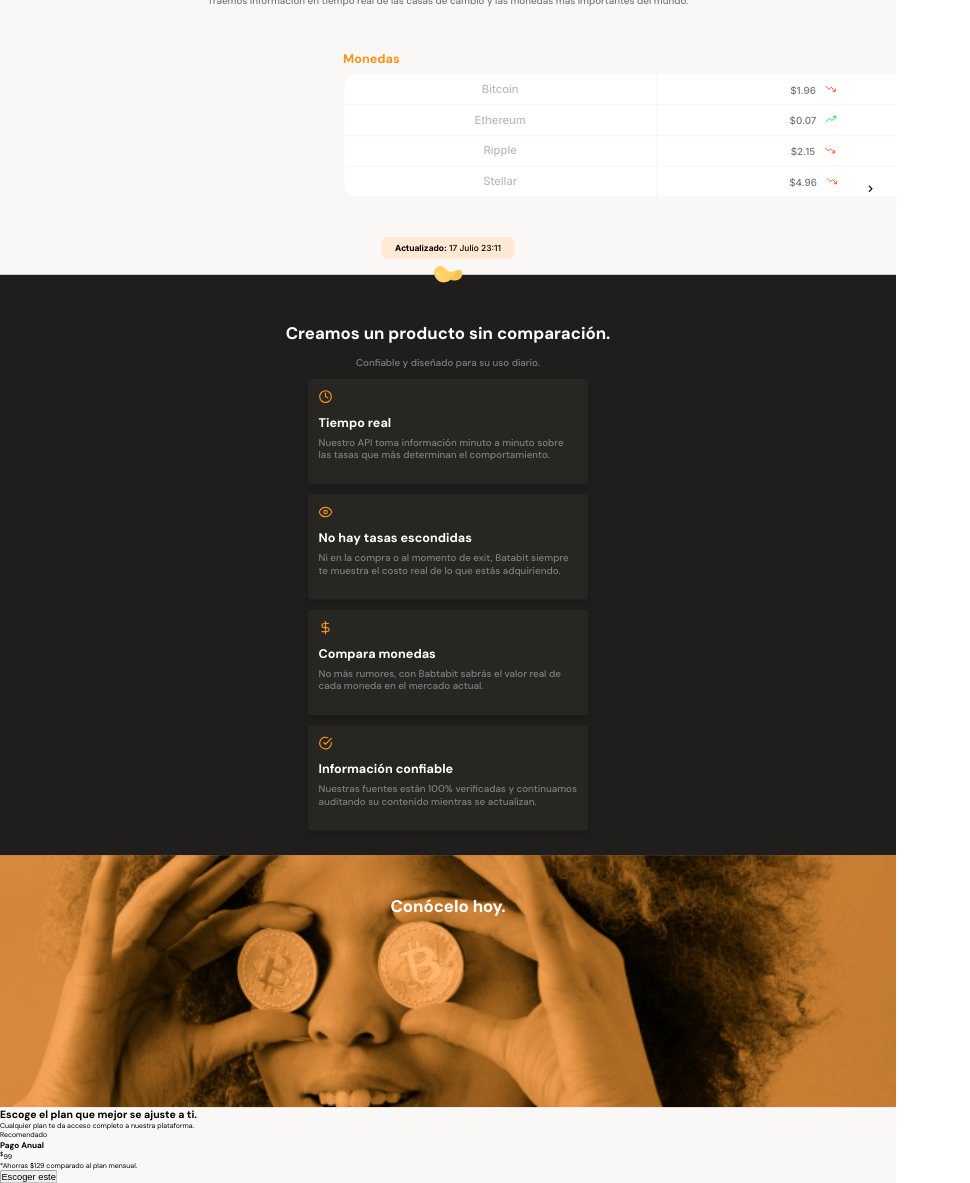
Repository: Pandrea-hub/Batatabit
Page: index.html
An editor plug-in stored every save of this project. The page is shown before and after the next save, followed by the edit.
The browser window is 1280 px wide. The page is 1386 px wide, so the pictures cover 1386 px, including what lies to the right of the window. The pictures show the part of the page from y = 742 to 2502 px (the page is 2432 px tall before and 2502 px after), at 70% of full size.

Above is the page before, as saved 2022-04-19 12:19:26.

### index.html
<!DOCTYPE html>
<html lang="en">
<head>
    <meta charset="UTF-8">
    <meta http-equiv="X-UA-Compatible" content="IE=edge">
    <meta name="viewport" content="width=device-width, initial-scale=1.0">
    <title>Document</title>
    <link rel="preconnect" href="https://fonts.googleapis.com">
    <link rel="preconnect" href="https://fonts.gstatic.com" crossorigin>
    <link href="https://fonts.googleapis.com/css2?family=DM+Sans:wght@400;500;700&family=Inter:wght@300;500;700&display=swap" rel="stylesheet">
    <link rel="stylesheet" href="./style.css">
</head>
<body>


    <header>

        <img src="./assets/img/logo.svg" alt="Logo del header donde estara una patata y el nombre que es Batatabit"/>
        <div class="header--title-container">
            <h1>La próxima revolución en el intercambio de criptomonedas.</h1>
            <p>Batatabit te ayuda a navegar entre los diferentes precios y tendencias.</p>
            <a href="#plans" class="header--button">Conoce Nuestros Planes<span></span></a>
        </div>
    </header>


    <main>
        <section class="main-exchange--container">
            <div class="backgroungImg"></div>
            <div class="main-exchange--container--title">
                <h2>Visibilizamos todas las tasas de cambio.</h2>
                <p>Traemos información en tiempo real de las casas de cambio y las monedas más importantes del mundo.</p>
            </div>

            <section class="main-tables-container">
                <div class="main-currency-table">
                    <div class="currency-table">

                        <div class="container-arrow--left" id="arrow-left"></div>

                        <div class="currency-table--container" id="table-1">
                            <p class="currency-table--title" id="title-1">Monedas</p>
                            <table>
                                <tr>
                                    <tr>
                                        <td class="table__top--left">Bitcoin</td>
                                        <td class="table__top--right table__right">$1.96 <span class="down"></span></td>
                                    </tr>
                                    <tr>
                                        <td>Ethereum</td>
                                        <td class="table__right">$0.07 <span class="up"></span></td>
                                    </tr>
                                    <tr>
                                        <td>Ripple</td>
                                        <td class="table__right">$2.15 <span class="down"></span></td>
                                    </tr>
                                    <tr>
                                        <td class="table__bottom--left">Stellar</td>
                                        <td class="table__bottom-right table__right">$4.96 <span class="down"></span></td>
                                    </tr>
                                </tr>
                            </table>
                        </div>


                        <div class="currency-table--container" id="table-2">
                            <p class="currency-table--title" id="title-2">Comisiones</p>
                            <table>
                                <tr>
                                    <tr>
                                        <td class="table__top--left">Bitrade</td>
                                        <td class="table__top--right table__right">$ 12.96</td>
                                    </tr>
                                    <tr>
                                        <td>Bitpreco</td>
                                        <td class="table__right">$ 13.07</td>
                                    </tr>
                                    <tr>
                                        <td>Novadax</td>
                                        <td class="table__right">$ 13.15</td>
                                    </tr>
                                    <tr>
                                        <td class="table__bottom--left">Coinext</td>
                                        <td class="table__bottom-right table__right">$ 14.96</td>
                                    </tr>
                                </tr>
                            </table>
                        </div>

                        <div class="container-arrow" id="arrow-right"></div>

                    </div>

                    <div class="currency-table--date" id="table-date">
                        <p><b>Actualizado:</b> 17 Julio 23:11 </p></p>
                    </div>

                </div>
            </section>
        </section>

    <script>
        const arrow_right = document.getElementById("arrow-right")
        const arrow_left = document.getElementById("arrow-left")
        const table_1 = document.getElementById("table-1")
        const table_2 = document.getElementById("table-2")
        const date = document.getElementById("table-date");


        arrow_right.onclick = function(){
            arrow_right.style.display="none";
            table_1.style.display = "none"
            table_2.style.display = "grid"
            arrow_left.style.display = "block"
            date.style.backgroundColor="#E7F5FF";
        }
        arrow_left.onclick = function(){
            arrow_left.style.display="none";
            table_1.style.display = "grid"
            table_2.style.display = "none"
            arrow_right.style.display = "block"
            date.style.backgroundColor="#FFE9D4";
        }
    </script>


        <section class="main-product--detail">
            <span class="product-detail--batata-logo"></span>
            <div class="product-detail--title">
                <h2>Creamos un producto sin comparación.</h2>
                <p>Confiable y diseñado para su uso diario.</p>
            </div>
            <section class="product-cards--container">
                <article class="product-detail--card">
                    <span class="icon-card clock"></span>
                    <p class="product-card--title">Tiempo real</p>
                    <p class="product-card--body">Nuestro API toma información minuto a minuto sobre las tasas que más determinan el comportamiento.</p>
                </article>

                <article class="product-detail--card">
                    <span class="icon-card tasas"></span>
                    <p class="product-card--title">No hay tasas escondidas</p>
                    <p class="product-card--body">Ni en la compra o al momento de exit, Batabit siempre te muestra el costo real de lo que estás adquiriendo.</p>
                </article>


                <article class="product-detail--card">
                    <span class="icon-card money"></span>
                    <p class="product-card--title">Compara monedas</p>
                    <p class="product-card--body">No más rumores, con Babtabit sabrás el valor real de cada moneda en el mercado actual.</p>
                </article>


                <article class="product-detail--card">
                    <span class="icon-card info"></span>
                    <p class="product-card--title">Información confiable</p>
                    <p class="product-card--body">Nuestras fuentes están 100% verificadas y continuamos auditando su contenido mientras se actualizan.</p>
                </article>


            </section>

        </section>



        <section class="bitcoin-img--container">
            <h2>Conócelo hoy.</h2>
        </section>


        <section id="plans" class="main-plans-container">
            <div class="plans--title">
                <h2>Escoge el plan que mejor se ajuste a ti.</h2>
                <p>Cualquier plan te da acceso completo a nuestra plataforma.</p>
            </div>
            <section class="plans-container--slider">
                <article class="plans-container--card">
                    <p>Recomendado</p>
                    <div>
                        <h3>Pago Anual</h3>
                        <p><sup>$</sup>99</p>
                        <p>*Ahorras $129 comparado al plan mensual.</p>
                        <button>Escoger este <span></span></button>
                    </div>
                </article>
            </section>
        </section>




    </main>

    <footer></footer>

</body>
</html>

### style.css
/*
1. Position
2. Box model
3. typography
4. Visual themes
5. Others
*/

:root{
    --bitcoin-orange:#F7931A;
    --soft-orange:#FFE9D4;
    --secondary-blue:#1A9AF7;
    --soft-blue:#E7F5FF;
    --warm-black:#201E1C;
    --black: #201e1c;
    --grey: #bababa;
    --off-white: #faf8f7;
    --just-white: #fff;
}

*{
    padding: 0;
    margin: 0;
    box-sizing: border-box;
}


html{
    font-size: 62.5%;
    font-family: "DM Sans", sans-serif;
}

header{
    position: relative;
    display: flex;
    flex-direction:column;
    justify-content: center;
    width: 100%;
    height: 334px;
    min-width: 320px;
    text-align: center;
    background: linear-gradient(207.8deg, #201E1C 16.69%, #F7931A 100%);

}

header img{
    width: 150px;
    height: 24px;
    margin-top: 60px;
    align-self: center;
}

.header--title-container{
    width: 90%;
    min-width: 288px;
    max-width: 900px;
    height: 218px;
    margin-top: 50px;
    text-align: center;
    align-self:center;
}

.header--title-container h1{
    font-size: 2.4rem;
    font-weight: bold;
    line-height: 2.6rem;
    color: var(--just-white);
}

.header--title-container p{
    font-size: 1.4rem;
    font-weight: 500;
    line-height: 1.8rem;
    color:var(--soft-orange);
    margin-top: 2.4rem;
}


.header--title-container .header--button{
    left: calc(50% - 229px/2);
    position: absolute;
    top: 270px;
    display: block;
    margin-top: 35px;
    padding: 15px;
    width: 229px;
    height: 48px;
    background-color: var(--off-white);
    /* Box shadow */
    box-shadow: 0px 4px 8px rgba(89, 73, 30, 0.16);
    border-radius: 4px;
    font-weight: bold;
    font-size: 14px;
    line-height: 18px;
    color:var(--warm-black);
    text-decoration: none;
}

.header--button span{
    display: inline-block;
    width: 13px;
    height: 8px;
    margin-left: 10px;
    background-image: url('./assets/icons/down-arrow.svg');
}

main{
    width: 100%;
    height: auto;
    background-color:var(--off-white);
    min-width: 320px;
}


.main-exchange--container{
    width: 100%;
    height: auto;
    padding-top: 80px;
    padding-bottom: 30px;
    text-align: center;
}

.main-exchange--container--title{
    width: 100%;
    min-width: 288px;
    max-width: 900px;
    margin: 10px auto;
    padding: 1%;
}

.main-exchange--container .backgroungImg{
    width: 200px;
    height: 200px;
    margin: 0 auto;
    margin-bottom: 50px;
    background-image: url(./assets/img/bitcoin.svg);
    background-size: cover;
    background-position: center;
    background-repeat: no-repeat;
}


.main-exchange--container--title h2{
    margin-bottom: 30px;
    font-size: 2.4rem;
    font-weight: bold;
    line-height: 2.6rem;
    align-self:center;
    color:var(--warm-black);
}




.main-exchange--container--title p{
    margin-bottom: 30px;
    font-size: 1.4rem;
    line-height: 1.8rem;
    font-weight: 500;
    color:#757575;
    text-align: center;

}





/*Tables*/


.main-tables-container{
    margin: 20px auto;
    width: 100%;
}



.main-currency-table{
    display: flex;
    flex-direction: column;
    width: 70%;
    min-width: 235px;
    max-width: 500px;
    height: 240px;
    margin: 0 auto;
    font-family: "Inter", sans-serif;
}

.main-currency-table .currency-table--title{
    width: 81px;
    height: 10px;
    margin: 0 auto;
    position: absolute;
    font-size: 1.8rem;
    font-weight: bold;
    line-height: 2.3rem;
    font-family: "DM Sans";
    color:var(--bitcoin-orange);
}

.currency-table{
    width: 100%;
}


.currency-table--container{
    margin: 0 auto;
    width: 100%;
    height: 90px;
    min-width: 230px;
    max-width: 300px;

}

.currency-table--container table{
    width: 70%;
    height: 180px;
    margin: 30px auto;
    position: absolute;
}


.currency-table--container td{
    width: 50%;
    font-size: 1.6rem;
    font-weight: 500;
    line-height: 1.9rem;
    color:var(--grey);
    background-color:var(--just-white);
    margin: 0px 10px;

}

.table__top--left{
    border-radius: 15px 0 0 0;
}

.table__top--right{
    border-radius:0 15px 0 0;
}


.table__bottom-right{
    border-radius:0 0 15px 0;
}

.table__bottom--left{
    border-radius:0 0 0 15px;
}

.currency-table--container .table__right{
    font-size: 1.4rem;
    font-weight: normal;
    line-height: 1.7rem;
    color:#757575;
}


.currency-table--container .down{
    display: inline-block;
    width: 15px;
    height: 15px;
    margin-left: 10px;
    background-image:url("./assets/icons/trending-down.svg");
    background-size:cover;
    background-repeat:no-repeat;
}

.currency-table--container .up{
    display: inline-block;
    width: 15px;
    height: 15px;
    margin-left: 10px;
    background-image:url("./assets/icons/trending-up.svg");
    background-size:cover;
    background-repeat:no-repeat;
}


.currenty-table{
    display: grid;
    grid-template-columns: 1fr 1fr 1fr;

}


.container-arrow{
    height: 10px;
    width: 12px;
    background-image: url("../assets/icons/right-arrow.svg");
    background-repeat: no-repeat;
    background-size: contain;
    background-position: center;
    position: absolute;
    margin-top: 8%;
    right: 31px;
    cursor: pointer;
}


.container-arrow--left{
    display: none;
    height: 10px;
    width: 12px;
    background-image: url("../assets/icons/left-arrow.svg");
    background-repeat: no-repeat;
    background-size: contain;
    background-position: center;
    position: absolute;
    margin-top:120px;
    left: 20px;
    cursor: pointer;
}


#title-2{
    color:var(--secondary-blue);
}



.currency-table--date{
    margin: 0 auto;
    font-size: 12px;
    position: absolute;
    width: 190px;
    height: 31px;
    left: calc(50% - 95px);
    top: 1080px;
    padding: 8px;
    background-color:var(--soft-orange);
    border-radius:8px;
}

#table-2{
    display: none;
}

.main-product--detail{
    position: relative;
    width: 100%;
    min-width: 320px;
    height: auto;
    padding: 20px 10px;
    background-color:var(--warm-black);
    margin-top: 30px;
}


.product-detail--batata-logo{
    left: calc(50% - 20px);
    top: -12.5px;
    position: absolute;
    width: 40px;
    height: 25px;
    background-image:url("./assets/icons/batata.svg");
}


.product-detail--title{
    width: 90%;
    min-width: 288px;
    height: auto;
    margin: 0 auto;
    margin-top: 50px;
    text-align: center;
}


.product-detail--title h2{
    margin-bottom: 20px;
    font-size: 2.4rem;
    font-weight: bold;
    line-height: 2.6rem;
    color:var(--just-white);

}

.product-detail--title p{
    color:#808080;
    font-size: 1.4rem;
    font-weight: 500;
    line-height: 1.8rem;
}


.product-detail--card{
    width: 90%;
    min-width: 288px;
    max-width: 400px;
    height: 150px;
    margin: 15px auto;
    padding: 15px;
    background-color:#282623;
    border-radius:5px;
    box-shadow:0px 4px 8px rgba(0, 0, 0, 0.16);

}


.product-detail--card .icon-card{
    display: inline-block;
    width: 20px;
    height: 20px;
    background-position: center;
    background-size: cover;
    background-repeat: no-repeat;
    margin-bottom: 15px;

}

.clock{
    background-image:url("./assets/icons/clock.svg");
}

.tasas{
    background-image:url("./assets/icons/eye.svg");
}

.money{
    background-image:url("./assets/icons/dollar-sign.svg");
}

.info{
    background-image:url("./assets/icons/check-circle.svg");
}

.product-card--title{
    font-weight: 700;
    font-weight: bold;
    font-size: 1.8rem;
    line-height: 1.8rem;
    color:var(--just-white);
}


.product-card--body{
    font-weight: 500;
    font-size: 1.4rem;
    line-height: 1.8rem;
    color: #808080;
    margin-top: 10px;
}


/*Seccion de planes*/

.bitcoin-img--container{
    width: 100%;
    min-width: 320px;
    height: 50vh;
    background-image:url('./assets/img/bitcoinbaby2x.jpg');
    background-position:center;
    background-size:cover;
    background-repeat:no-repeat;
    text-align: center;
}

.bitcoin-img--container h2{
    padding-top: 60px;
    font-size: 2.4rem;
    font-weight: bold;
    line-height: 2.6rem;
    color:var(--just-white);
}

After the next save:
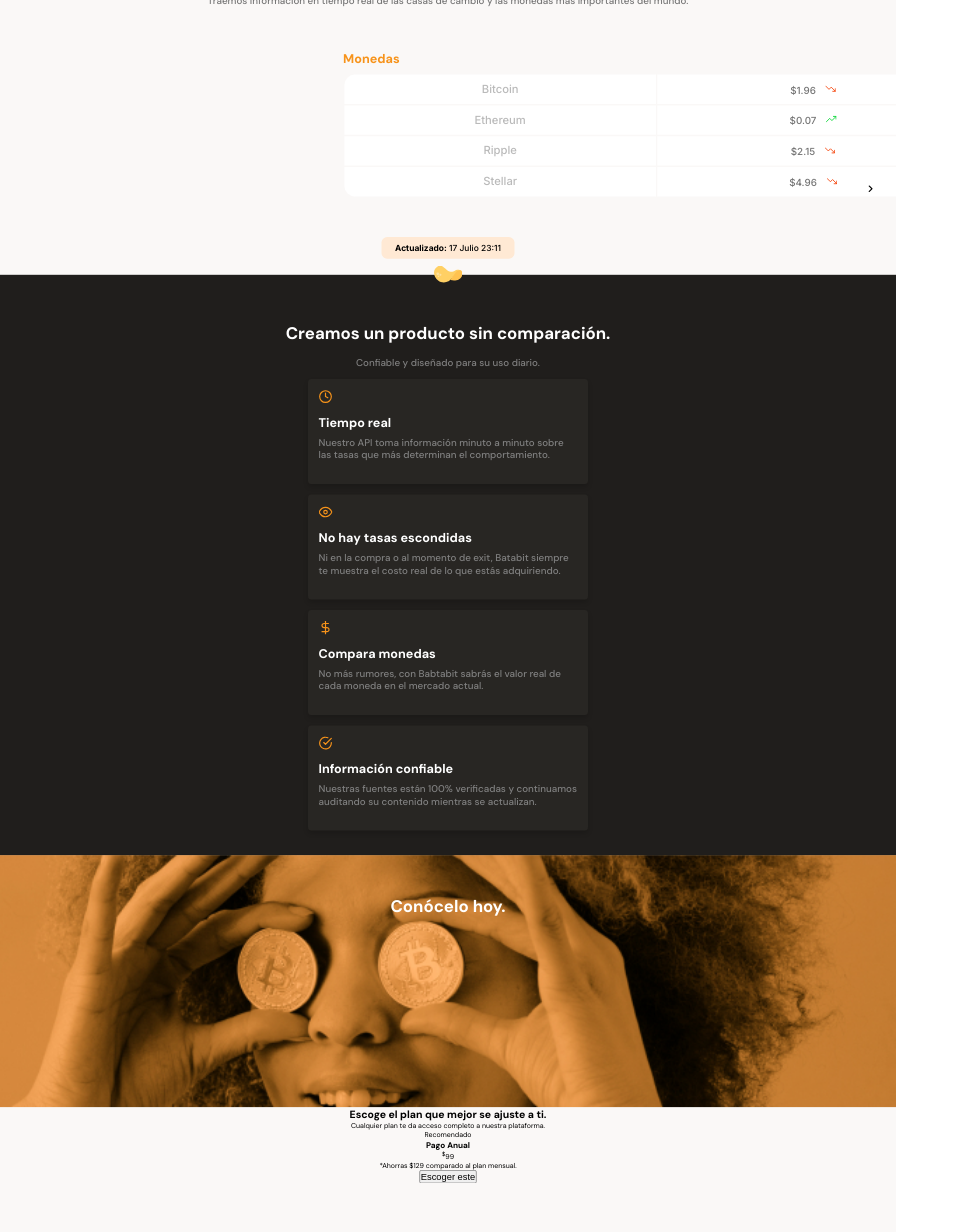
Saved 3 min 44 s later.
--- a/style.css
+++ b/style.css
@@ -464,3 +464,11 @@
     line-height: 2.6rem;
     color:var(--just-white);
 }
+
+
+.main-plans-container{
+    width: 100%;
+    min-width: 320px;
+    padding-bottom: 70px;
+    text-align: center;
+}
